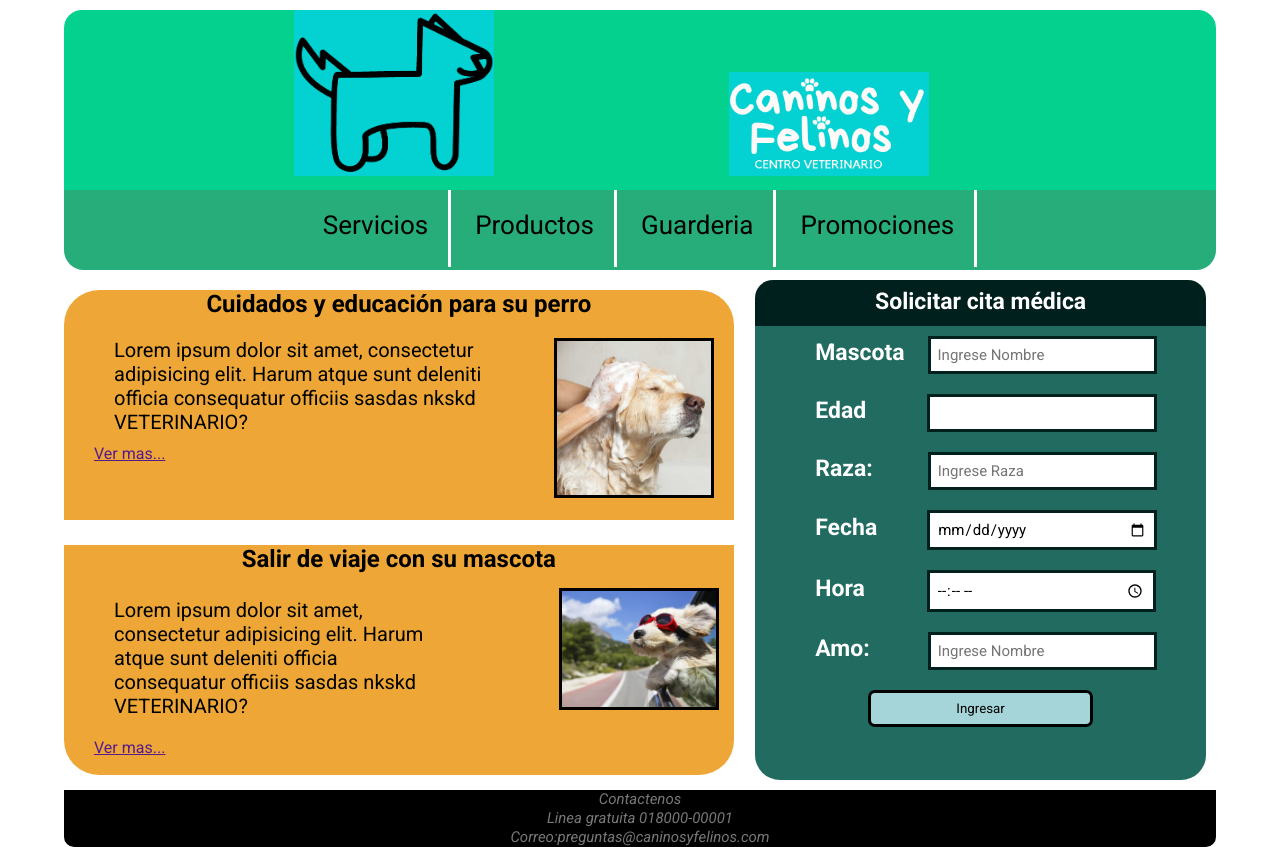
Repository: NickArregoces/Veterinaria
Page: Index.html
The author's editor kept a copy of each file at every save. The page is drawn from the files as they stood at one save, then again after a run of saves.
The browser window is 1280 px wide. The pictures show the whole page.

Above is the page before, as saved 2021-10-08 20:30:36.

After the next 4 saves:
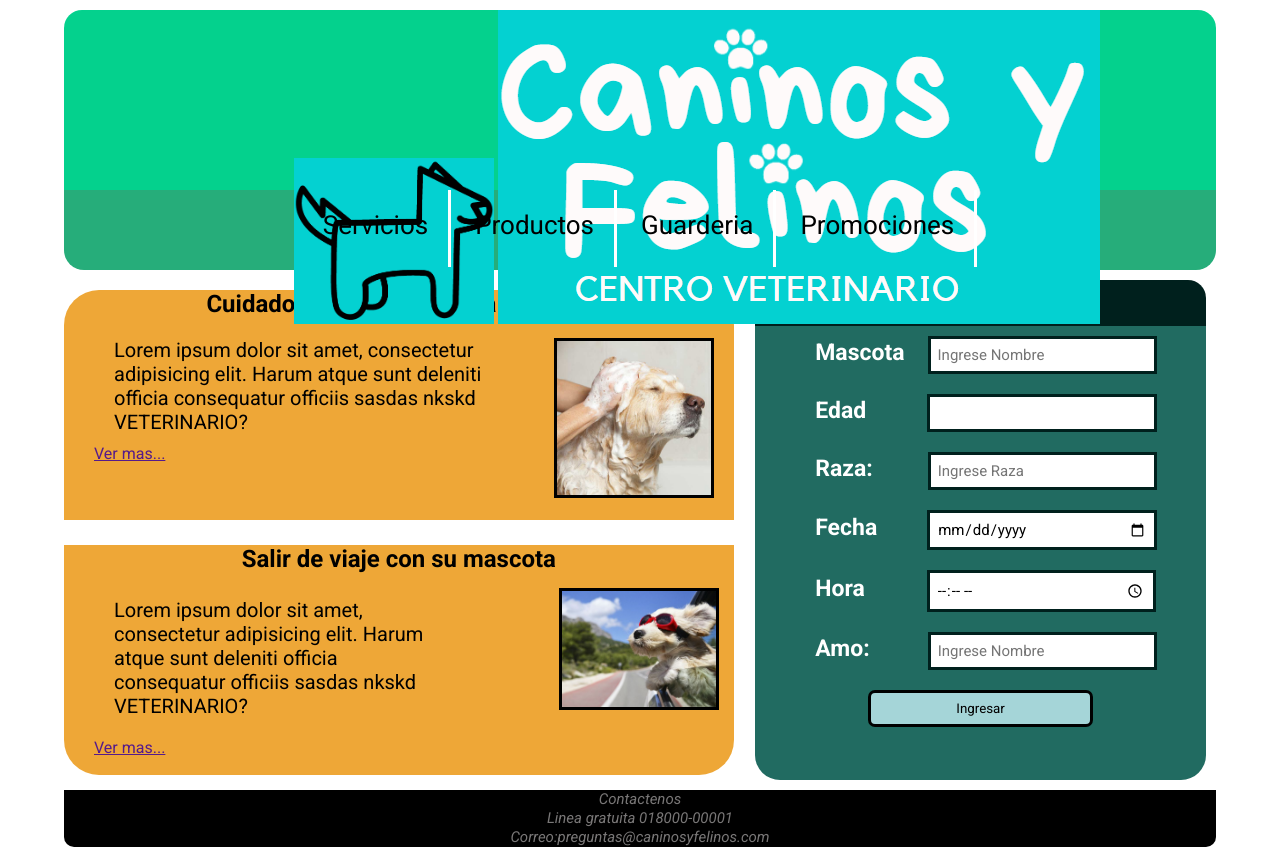
The 4 saves are shown as one change because they came seconds apart.
The last was saved 28 s later.
--- a/CSS/Style.css
+++ b/CSS/Style.css
@@ -19,11 +19,11 @@
     border-top-right-radius:  18px;
     height: 180px;
 }
-    header .image img{
+    header .image #logo{
         width: 200px;
         margin-left: 20%;
     }
-    header .image .text img{
+    header .image .text #text{
         width: 400px;
         margin-left: 20%;
     }

After the 2 saves that followed:
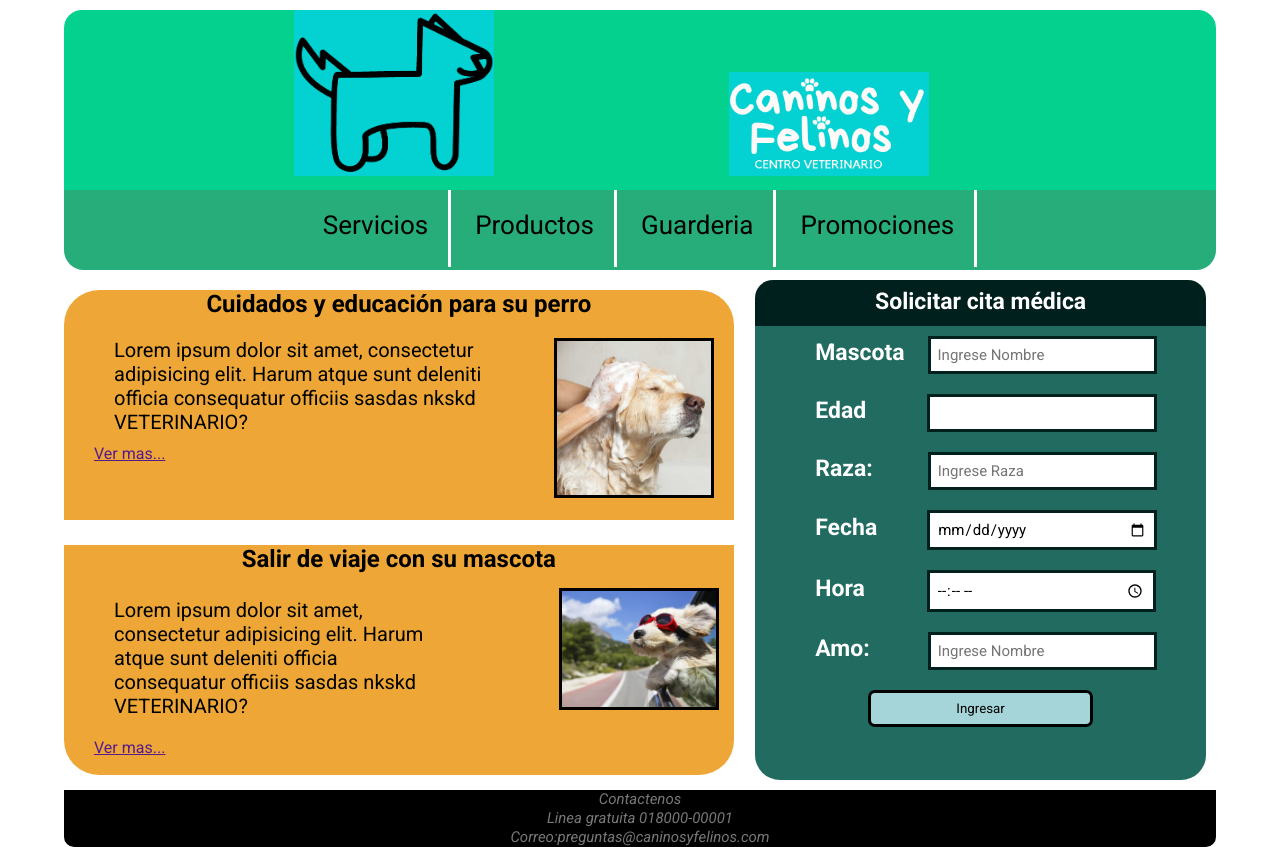
The 2 saves are shown as one change because they came seconds apart.
The last was saved 29 s later.
--- a/CSS/Style.css
+++ b/CSS/Style.css
@@ -23,8 +23,8 @@
         width: 200px;
         margin-left: 20%;
     }
-    header .image .text #text{
-        width: 400px;
+    header .image  #text{
+        width: 200px;
         margin-left: 20%;
     }
     .title{
